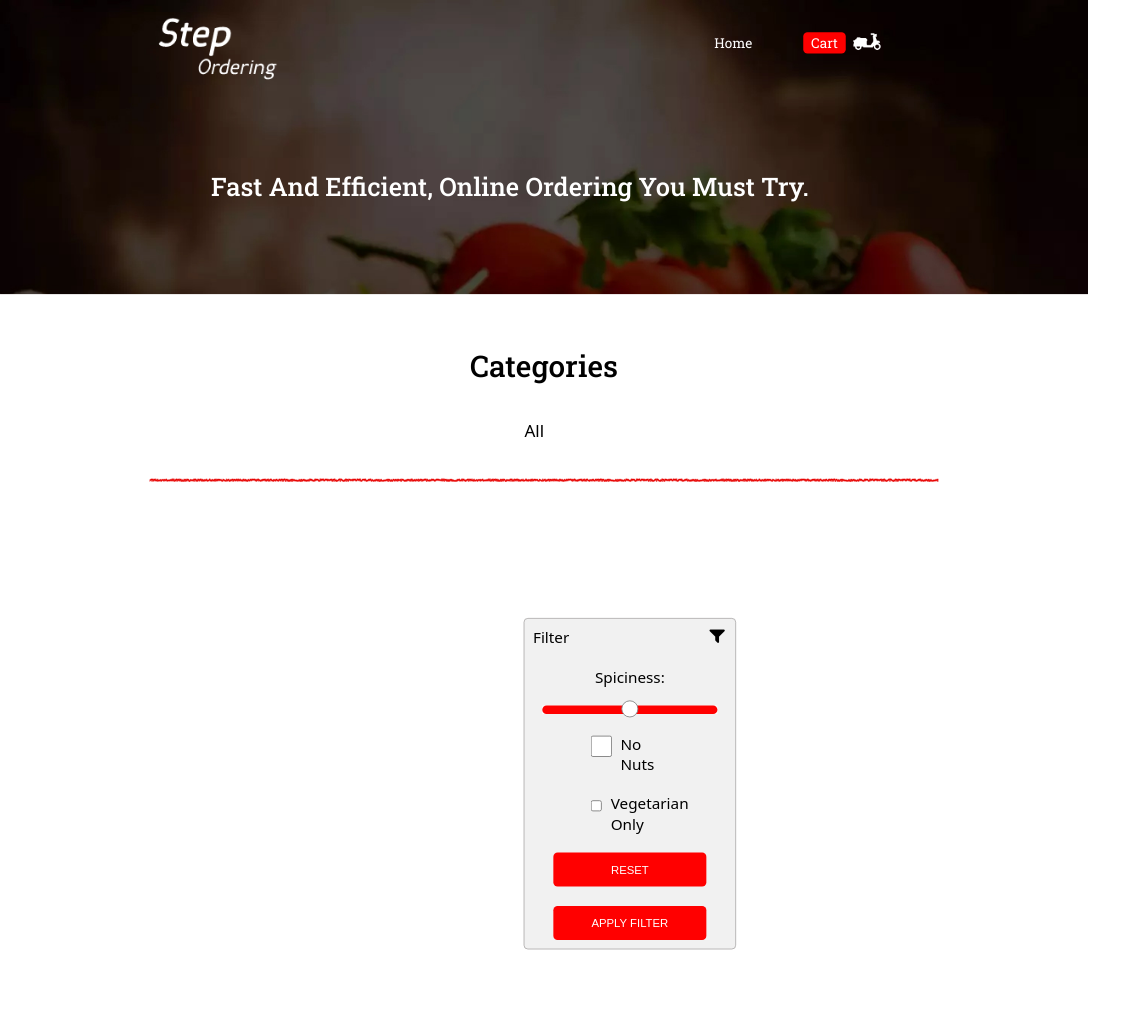
Repository: anastasia29-step/Online-Restaurant
Page: index.html
An editor plug-in stored every save of this project. The page is shown before and after the next save, followed by the edit.
The browser window is 1280 px wide. The page is 1340 px wide, so the pictures cover 1340 px, including what lies to the right of the window. The pictures show the whole page, at 85% of full size.
Some web libraries are served in a nearby version.

Above is the page before, as saved 2026-03-10 16:24:41.
Not found: app.js/

### index.html
<!DOCTYPE html>
<html lang="en">

<head>
    <meta charset="UTF-8">
    <meta name="viewport" content="width=device-width, initial-scale=1.0">
    <title>Document</title>
    <link rel="stylesheet" href="style.css">
    <link rel="preconnect" href="https://fonts.googleapis.com">
    <link rel="preconnect" href="https://fonts.gstatic.com" crossorigin>
    <link href="https://fonts.googleapis.com/css2?family=Roboto+Slab:wght@100..900&display=swap" rel="stylesheet">
    <link rel="stylesheet" href="https://cdnjs.cloudflare.com/ajax/libs/font-awesome/7.0.1/css/all.min.css"
        integrity="sha512-2SwdPD6INVrV/lHTZbO2nodKhrnDdJK9/kg2XD1r9uGqPo1cUbujc+IYdlYdEErWNu69gVcYgdxlmVmzTWnetw=="
        crossorigin="anonymous" referrerpolicy="no-referrer" />
</head>

<body>

    <section class="FirstLine">

    <div class="beside" id="navbar">
        <div class="left">
            <a href="./index.html"><img src="./photo/logo.png" alt=""></a>
        </div>

        <div class="right">
            <a href="./index.html">Home</a>
            <a href="./Cart.html" class="a">Cart</a>
            <a href="./Cart.html">
            <img src="./photo/istockphoto-609074524-612x612 Background Removed.png" alt=""></a>
        </div>
    </div>

    <div class="bottom">
        <h1>Fast And Efficient, Online Ordering You Must Try.</h1>
    </div>

</section>
    <section class="section">
        <h1>Categories</h1>
        <ul>
            <li onclick="showAll()">All</li>
        </ul>
        <img src="./photo/border.png" alt="">
    </section>
    <form class="sectionCard">
        <div class="leftSide">
            <div class="filteredCard">
                <div class="first">
                    <p>Filter</p>
                    <i class="fa-solid fa-filter"></i>
                </div>
                <p>Spiciness:</p>
                <input class="range" type="range">
                <div class="next">
                    <input type="checkbox">
                    <p>No Nuts</p>
                </div>
                <div class="next">
                    <input type="checkbox">
                    <p>Vegetarian Only</p>
                </div>
                <button class="reset" onclick="reset()">RESET</button>
                <button class="apply" onclick="apply()">APPLY FILTER</button>
            </div>
        </div>
        <div class="rightSide">

        </div>
    </form>




    <script src="app.js\"></script>
</body>

</html>

### style.css
* {
    margin: 0;
    padding: 0;
    box-sizing: border-box;
}

.section {
    display: flex;
    flex-direction: column;
    justify-content: center;
    align-items: center;
    padding: 60px;
    gap: 10px;
}

section.section img {
    width: 80%;
    height: 5px;
    margin-bottom: 0px;
    display: flex;
    justify-content: center;
    align-items: center;
}

.section h1 {
    font-style: bold;
    font-family: "Roboto Slab", serif;
    font-weight: 900;
}

ul {
    display: flex !important;
    justify-content: center;
    height: 90px;
    width: 1400px;
    flex-wrap: wrap;
    list-style: none;
    gap: 23px;
    font-family: system-ui, -apple-system, BlinkMacSystemFont, 'Segoe UI', Roboto, Oxygen, Ubuntu, Cantarell, 'Open Sans', 'Helvetica Neue', sans-serif;
    align-items: center;
}

ul::after {
    content: "";
    display: block;
    height: 6px;
    background-image: url("border.png");
    background-repeat: repeat-x;
    background-position: bottom;
}

.FirstLine {
    height: 48vh;
    background-image: url(./photo/inner_banner.jpg);
    background-position: center;
    background-repeat: no-repeat;
    background-size: cover;
    padding-left: 170px;
    padding-top: 20px;
}

.beside {
    position: fixed;
    top: 0;
    left: 0;
    width: 100%;
    display: flex;
    justify-content: space-between;
    padding: 20px 170px;
    transition: 0.3s;
    z-index: 1000;
}

.beside.active {
    backdrop-filter: blur(10px);
    background: rgba(0, 0, 0, 0.9);
}

.beside.active::after {
    content: "";
    position: absolute;
    bottom: 0;
    left: 0;
    width: 100%;
    height: 100px;
    background-image: url("photo/border.png");
    background-repeat: repeat-x;
    content: "";
    position: absolute;
    bottom: 0;
    left: 0;
    width: 100%;
    height: 5px;
    background-image: url("photo/border.png");
    background-repeat: repeat-x;
}

.beside .right {
    display: flex;
    gap: 20px;
    padding-right: 60px;
    padding-top: 20px;
}

.FirstLine .right :first-child:hover {
    color: #FFCC00;
}

.beside .right a {
    text-decoration: none;
    color: white;
    font-family: "Roboto Slab", serif;
}

.beside .right .a {
    background-color: red;
    width: 50px;
    height: 25px;
    padding-top: 2px;
    text-align: center;
    border-radius: 5px;
    margin-top: -2px;
    margin-left: 40px;
}

.beside .right .a:hover+a img {
    transform: translateX(50px);
}

.beside .right img {
    width: 60px;
    margin-top: -21px;
    margin-left: -25px;
    transition: transform 3.0s;
}

.FirstLine .bottom h1 {
    text-align: center;
    color: white;
    margin-top: 180px;
    margin-right: 250px;
    font-size: 30px;
    font-weight: 500;
    font-family: "Roboto Slab", serif;
}

.section h1 {
    font-weight: 500;
    font-size: 35px;
}

ul li {
    height: 100%;
    font-size: 20px;
    cursor: pointer;
    transition: 0.3s;
    display: flex;
    justify-content: center;
    align-items: center;

}

ul li:hover {
    background-color: red;
    color: white;

}

.sectionCard {
    display: flex;
    width: 100%;
    padding: 60px;
    justify-content: center;
}

.leftSide {
    width: 30%;
    padding: 40px;
    margin-left: 50px;
}

.filteredCard {
    width: 250px;
    height: 390px;
    display: flex;
    flex-direction: column;
    justify-content: space-between;
    align-items: center;
    padding: 10px;
    background-color: #F1F1F1;
    border: 1px solid rgb(174, 172, 172);
    border-radius: 5px;
    font-family: system-ui, -apple-system, BlinkMacSystemFont, 'Segoe UI', Roboto, Oxygen, Ubuntu, Cantarell, 'Open Sans', 'Helvetica Neue', sans-serif;
    font-size: 18px;
    margin-left: 50px;

}

.first {
    display: flex;
    width: 100%;
    justify-content: space-between;
}

.next {
    display: flex;
    width: 40%;
    gap: 10px;
    justify-content: flex-start;
}

.next input {
    width: 30px;
    height: 30px;
}

.filteredCard button {
    height: 40px;
    width: 180px;
    background-color: red;
    color: white;
    border: none;
    border-radius: 5px;
    cursor: pointer;
    transition: 0.5s;
}

.range {
    width: 90%;
    appearance: none;
    -webkit-appearance: none;
}
.range::-webkit-slider-runnable-track{
    height: 10px;
    background: red;
    border-radius: 10px;
}
.range::-webkit-slider-thumb{
    appearance: none;
    -webkit-appearance: none;
    width: 20px;
    height: 20px;
    background-color: white;
    border-radius: 50%;
    border: 1px solid grey;
    cursor: pointer;
    margin-top: -6px;
}
.range::-moz-range-track{
    height: 6px;
    background-color: red;
    border-radius: 10px;
}
.range::-moz-range-thumb{
    width: 18px;
    height: 18px;
    background-color: white;
    border-radius: 50%;
    cursor: pointer;
}


.filteredCard button:hover {
    background-color: #FFCC00;
}

.rightSide {
    display: flex;
    justify-content: center;
    flex-wrap: wrap;
    padding: 40px;
    gap: 25px;
    margin-left: -150px;
}

.card {
    width: 250px;
    height: 420px;
    display: flex;
    flex-direction: column;
    align-items: center;
    justify-content: space-between;
    padding-bottom: 15px;
    border: 1px solid grey;
    border-radius: 17px;
}

.card img {
    width: 100%;
    height: 200px;
    object-fit: cover;
    border-top-left-radius: 17px;
    border-top-right-radius: 17px;
    background-color: #CFCFCF;
}

.card h1 {
    font-size: 20px;
    font-family: system-ui, -apple-system, BlinkMacSystemFont, 'Segoe UI', Roboto, Oxygen, Ubuntu, Cantarell, 'Open Sans', 'Helvetica Neue', sans-serif;
}

.sides {
    display: flex;
    justify-content: center;
    gap: 7px;
}

.checks {
    display: flex;
    gap: 3px;
}

.card .bottom {
    width: 100%;
    padding: 10px;
    display: flex;
    justify-content: space-between;
    align-items: center;
}

.card .bottom button {
    height: 40px;
    width: 120px;
    display: flex;
    justify-content: center;
    align-items: center;
    border: 1px solid black;
}

After the next save:
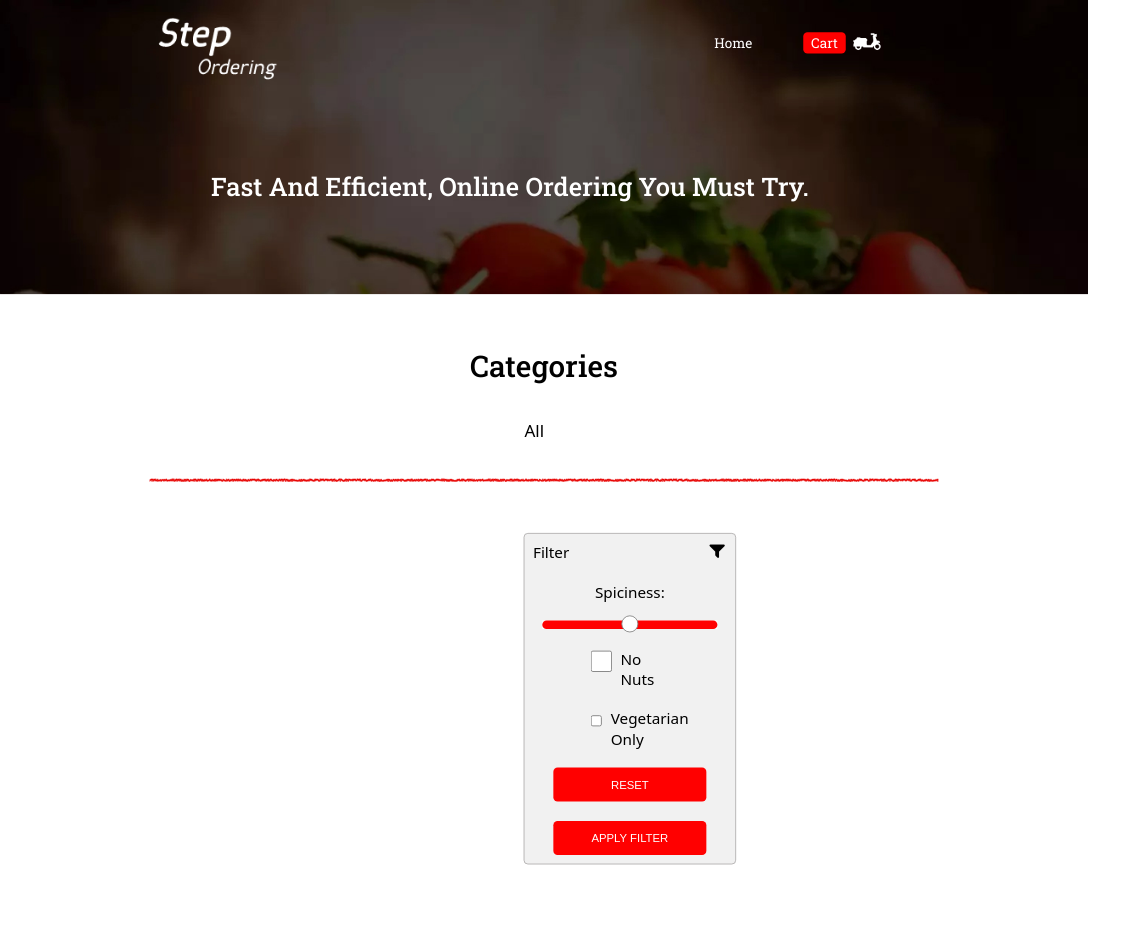
Saved 54 s later.
--- a/style.css
+++ b/style.css
@@ -16,7 +16,6 @@
 section.section img {
     width: 80%;
     height: 5px;
-    margin-bottom: 0px;
     display: flex;
     justify-content: center;
     align-items: center;
@@ -170,6 +169,7 @@ ul li:hover {
     display: flex;
     width: 100%;
     padding: 60px;
+    margin-top: -100px;
     justify-content: center;
 }
 
